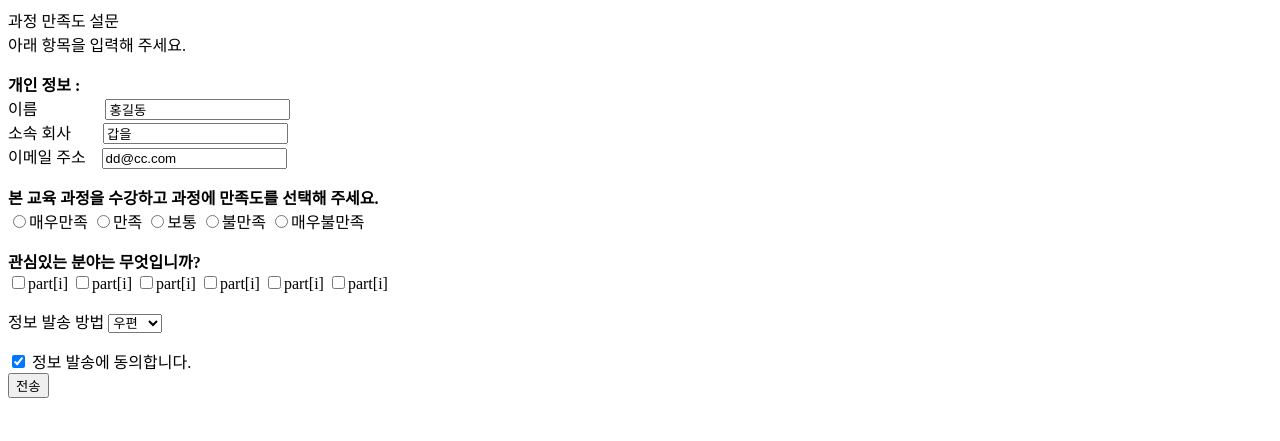
Repository: uj06134/Metabuild_JSP
Page: http://localhost/12_DB_Survey/insertForm.jsp
The author's editor kept a copy of each file at every save. The page is drawn from the files as they stood at one save, then again after the next save.
The browser window is 1280 px wide. The pictures show the whole page.
The page is served by Tomcat 9.

Above is the page before, as saved 2025-09-18 01:03:44.

After the next save:
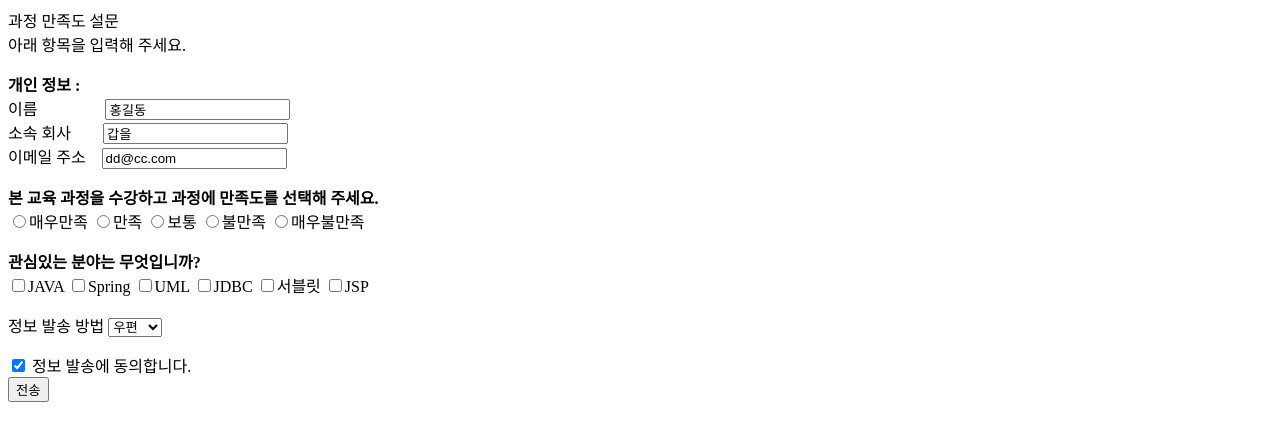
Saved 4 s later.
--- a/12_DB_Survey/src/main/webapp/insertForm.jsp
+++ b/12_DB_Survey/src/main/webapp/insertForm.jsp
@@ -48,7 +48,7 @@
 <%
     for (int i = 0; i < part.length; i++) {
 %>
-		<input type="checkbox" name = "part" value="<%=part[i] %>">part[i]
+		<input type="checkbox" name = "part" value="<%=part[i] %>"><%=part[i] %>
 <%
     }
 %>
